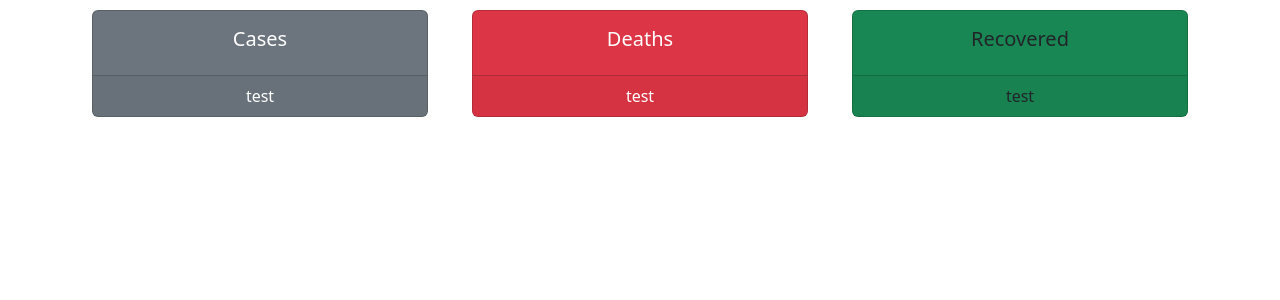
Repository: azizdeghais/CovidTracker
Page: /
An editor plug-in stored every save of this project. The page is shown before and after the next save, followed by the edit.
The browser window is 1280 px wide. The pictures show the whole page.
The page's requests for data from a server got no answer. The project was rebuilt for these pictures with package versions that can differ from the ones it lists, and the page was loaded fresh each time. No one was signed in, and anything a server would have sent is missing. Also part of the build but not shown: vite.config.js.

Above is the page before, as saved 2023-03-09 15:55:56.

After the next save:
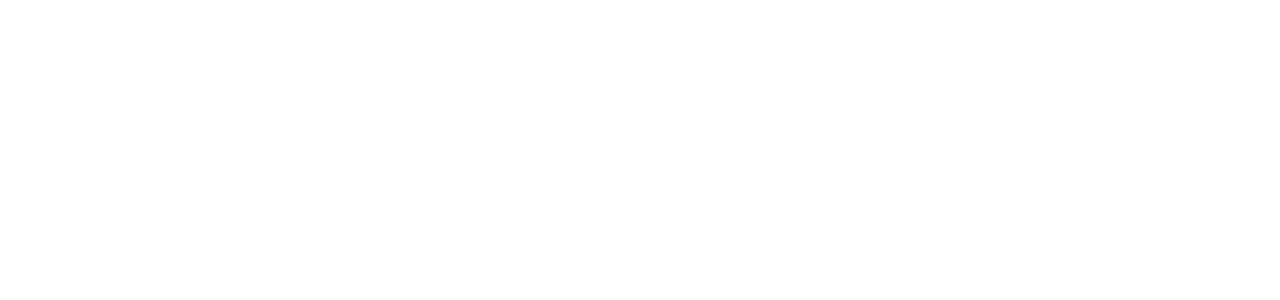
Console error: ReferenceError: newDate is not defined
Saved 88 s later.
--- a/src/App.jsx
+++ b/src/App.jsx
@@ -22,6 +22,8 @@
     })
   },[])
 
+  const data=newDate(parseInt(latest.updated));
+  const lastUpdated=date.toString();
 
   return (
     <Container>
@@ -35,7 +37,7 @@
               </Card.Text>
             </Card.Body>
             <Card.Footer>
-              test
+              <small>Last updated {latest.lastUpdated}</small>
             </Card.Footer>
           </Card>
         </Col>

After the 4 saves that followed:
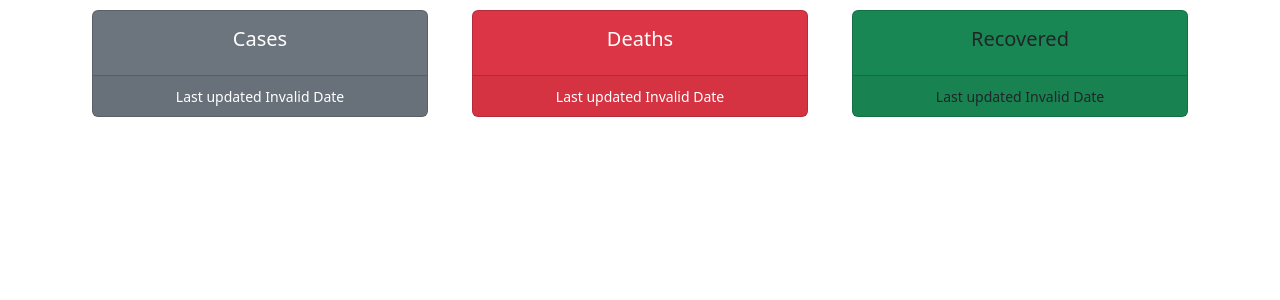
The error is gone.
The 4 saves are shown as one change because 3 left the picture as it was.
The last was saved 65 s later.
--- a/src/App.jsx
+++ b/src/App.jsx
@@ -22,7 +22,7 @@
     })
   },[])
 
-  const data=newDate(parseInt(latest.updated));
+  const date=new Date(parseInt(latest.updated));
   const lastUpdated=date.toString();
 
   return (
@@ -37,7 +37,7 @@
               </Card.Text>
             </Card.Body>
             <Card.Footer>
-              <small>Last updated {latest.lastUpdated}</small>
+              <small>Last updated {lastUpdated}</small>
             </Card.Footer>
           </Card>
         </Col>
@@ -50,7 +50,8 @@
               </Card.Text>
             </Card.Body>
             <Card.Footer>
-              test
+            <small>Last updated {lastUpdated}</small>
+
             </Card.Footer>
           </Card>
         </Col>
@@ -63,7 +64,8 @@
               </Card.Text>
             </Card.Body>
             <Card.Footer>
-              test
+            <small>Last updated {lastUpdated}</small>
+
             </Card.Footer>
           </Card>
         </Col>
